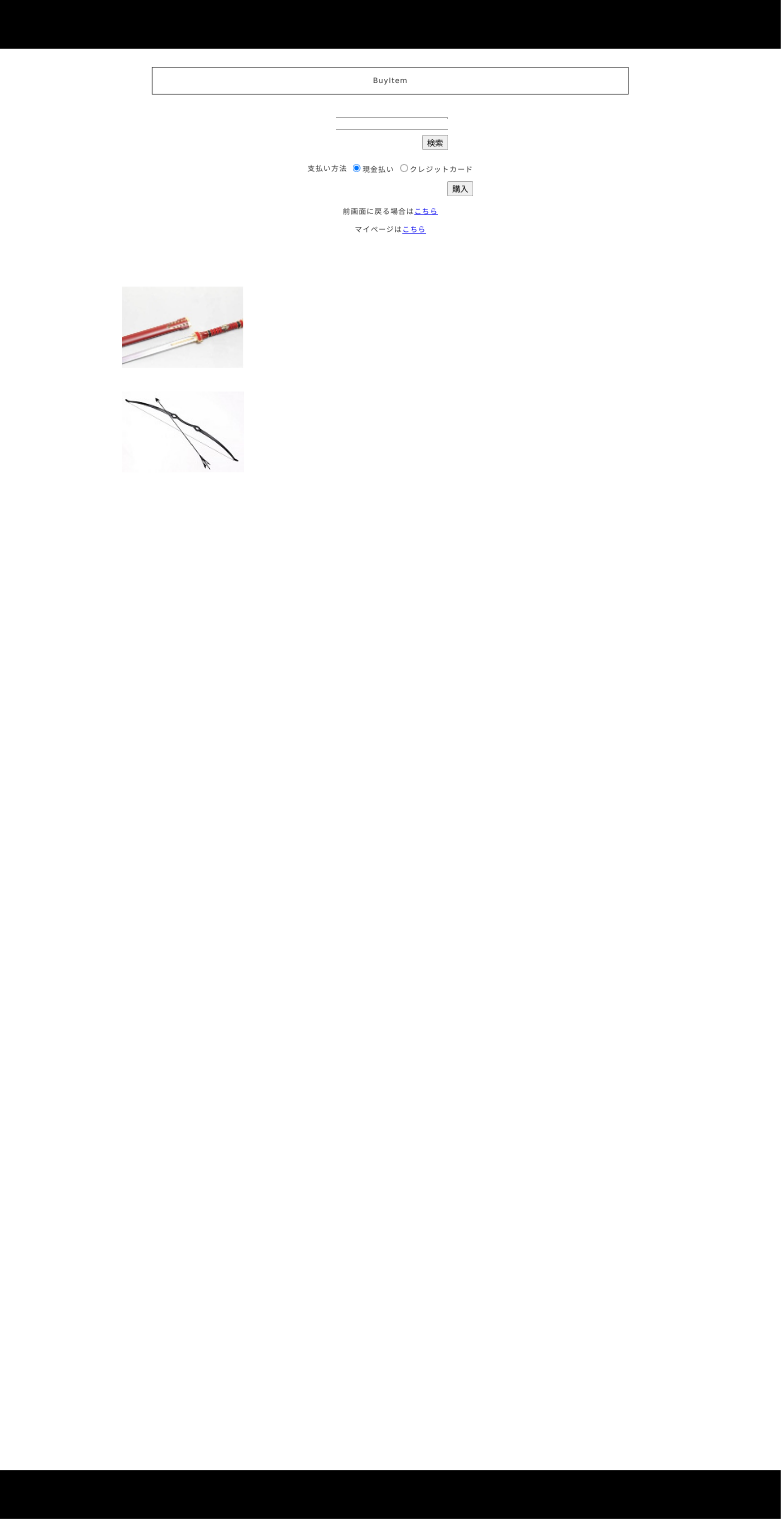
Repository: kanav0208/test
Page: http://localhost/ecsite/buyItem.jsp
These files come from the project's save history. The page is drawn as it stood at one moment and after the next save; the edit follows.
The browser window is 1280 px wide. The pictures show the whole page, at 61% of full size.
The page is served by Tomcat 9.

Above is the page before, as saved 2018-02-27 07:18:19.

After the next save:
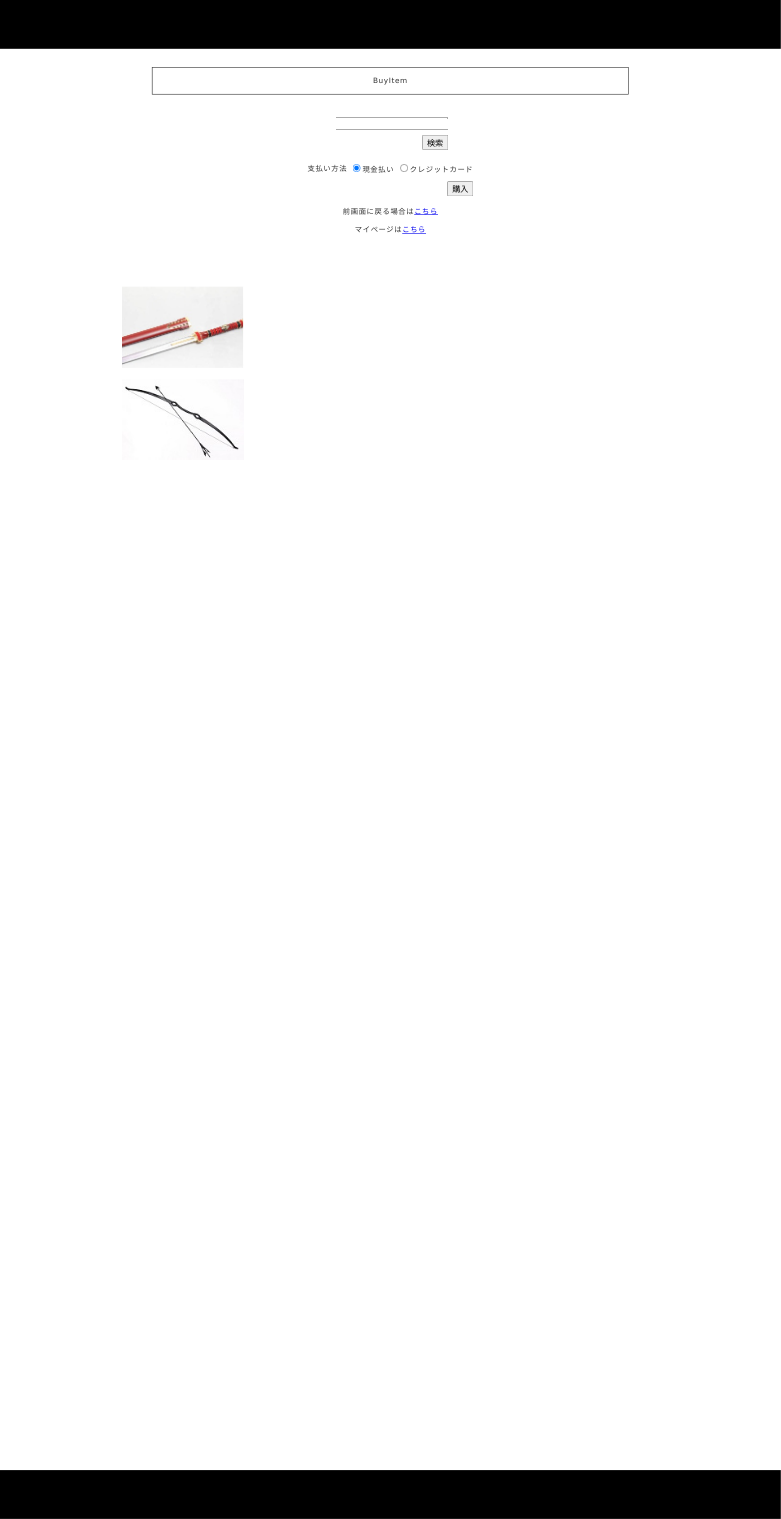
Saved 35 s later.
--- a/ecsite/WebContent/buyItem.jsp
+++ b/ecsite/WebContent/buyItem.jsp
@@ -115,7 +115,7 @@
 <body>
 	<div class="buttons">
        <img src="./image/ken.jpg"/><br>
-       <a href="javascript:void(0)"><img src="./image/yumi.jpg"/></a>
+       <img src="./image/yumi.jpg"/>
 </div>
 	<div id="header">
 	 	<div id="pr">
